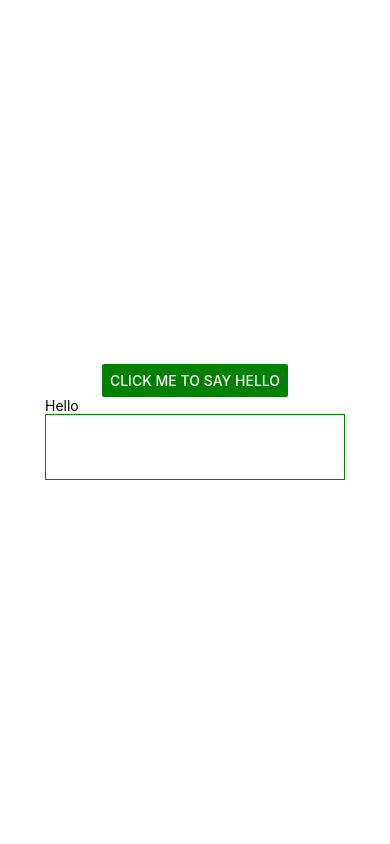
Repository: duongnoob23/WIND_SPEED_IOT
Screen: /Portfolio
The author's editor kept a copy of each file at every save. The screen is drawn from the files as they stood at one save, then again after the next save.
The app was drawn by React Native's web renderer in a window 390 px wide. The project was rebuilt for these pictures with package versions that can differ from the ones it lists, and the page was loaded fresh each time.

Above is the screen before, as saved 2025-03-10 22:05:11.

After the next save:
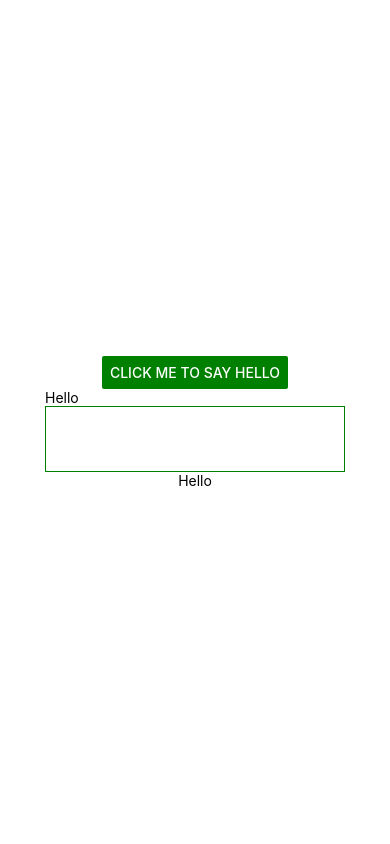
Saved 27 s later.
--- a/App.tsx
+++ b/App.tsx
@@ -29,6 +29,9 @@ export default function App() {
           keyboardType="numeric"
         />
       </View>
+      <View>
+        <DashBoard />
+      </View>
     </View>
     // <View>
     //   <DashBoard />
